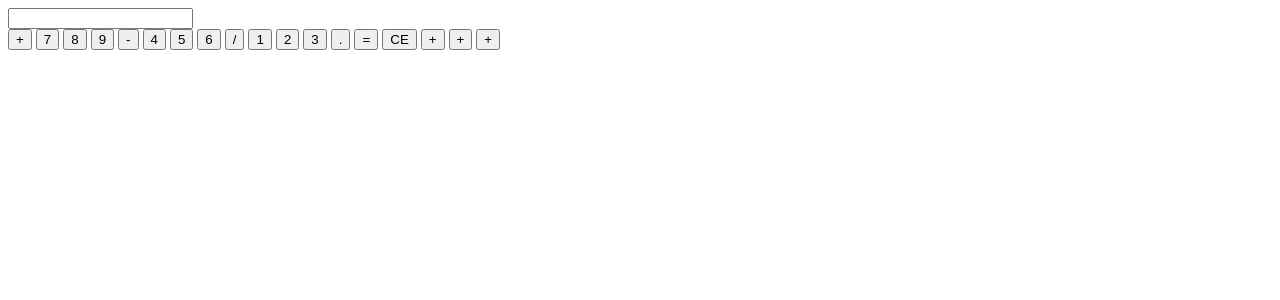
Repository: rkrukshan/JS-Calculator
Page: index.html
These files come from the project's save history. The page is drawn as it stood at one moment and after a run of saves; the edit follows.
The browser window is 1280 px wide. The pictures show the whole page.

Above is the page before, as saved 2024-09-02 13:18:11.

After the next 2 saves:
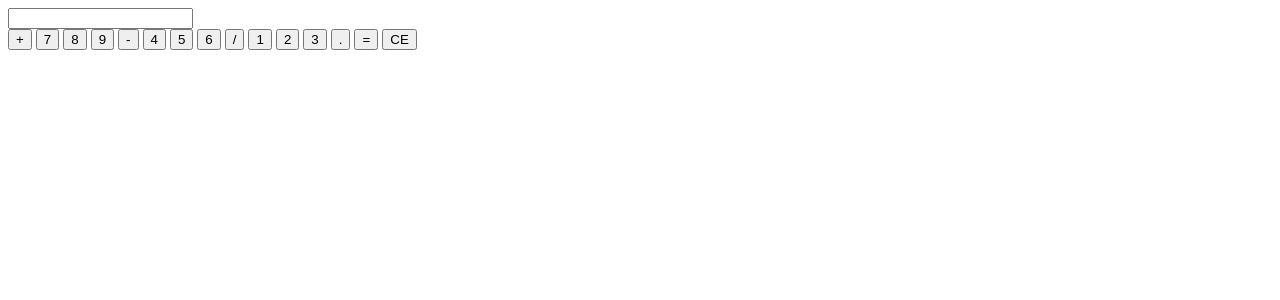
The 2 saves are shown as one change because they came seconds apart.
The last was saved 8 s later.
--- a/index.html
+++ b/index.html
@@ -11,24 +11,22 @@
     <div id="calculator">
         <input id="screen" readonly>
         <div class="buttons">
-<button onclick="appendScreen('+')">+</button>
-<button onclick="appendScreen('7')">7</button>
-<button onclick="appendScreen('8')">8</button>
-<button onclick="appendScreen('9')">9</button>
-<button onclick="appendScreen('-')">-</button>
-<button onclick="appendScreen('4')">4</button>
-<button onclick="appendScreen('5')">5</button>
-<button onclick="appendScreen('6')">6</button>
-<button onclick="appendScreen('/')">/</button>
-<button onclick="appendScreen('1')">1</button>
-<button onclick="appendScreen('2')">2</button>
-<button onclick="appendScreen('3')">3</button>
-<button onclick="appendScreen('.')">.</button>
-<button onclick="appendScreen('=')">=</button>
-<button onclick="appendScreen('CE')">CE</button>
-<button onclick="appendScreen('+')">+</button>
-<button onclick="appendScreen('+')">+</button>
-<button onclick="appendScreen('+')">+</button>
+            <button onclick="appendScreen('+')">+</button>
+            <button onclick="appendScreen('7')">7</button>
+            <button onclick="appendScreen('8')">8</button>
+            <button onclick="appendScreen('9')">9</button>
+            <button onclick="appendScreen('-')">-</button>
+            <button onclick="appendScreen('4')">4</button>
+            <button onclick="appendScreen('5')">5</button>
+            <button onclick="appendScreen('6')">6</button>
+            <button onclick="appendScreen('/')">/</button>
+            <button onclick="appendScreen('1')">1</button>
+            <button onclick="appendScreen('2')">2</button>
+            <button onclick="appendScreen('3')">3</button>
+            <button onclick="appendScreen('.')">.</button>
+            <button onclick="appendScreen('=')">=</button>
+            <button onclick="appendScreen('CE')">CE</button>
+
         </div>
     </div>
 </body>
